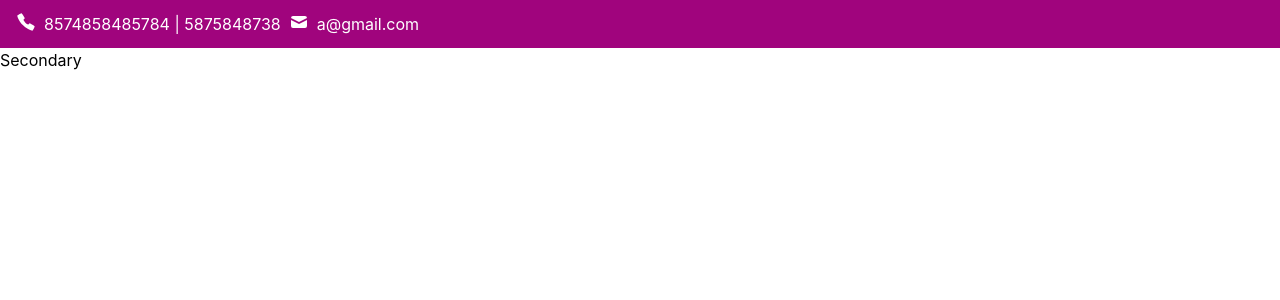
Repository: Sushant203/react-training-
Page: /
The author's editor kept a copy of each file at every save. The page is drawn from the files as they stood at one save, then again after the next save.
The browser window is 1280 px wide. The pictures show the whole page.
The project was rebuilt for these pictures with package versions that can differ from the ones it lists, and the page was loaded fresh each time. Also part of the build but not shown: src/App.css, src/components/LowerNav.jsx, src/components/UpperNav.jsx.

Above is the page before, as saved 2022-12-19 09:30:08.

After the next save:
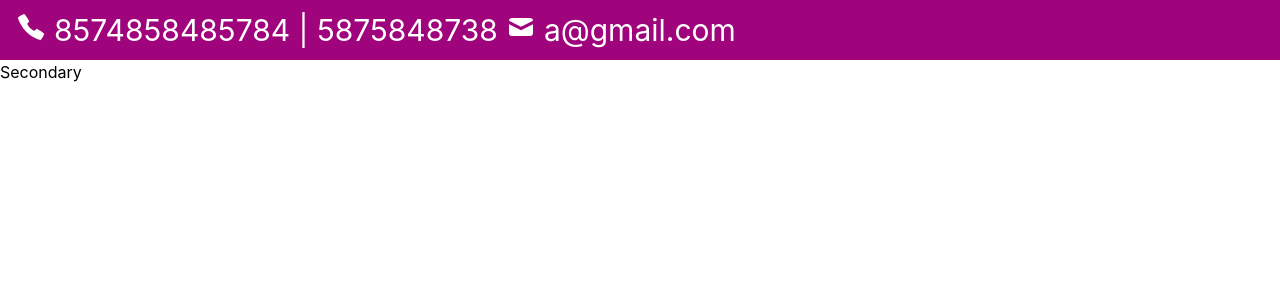
Saved 35 s later.
--- a/src/components/Naviagtion/Toolbar/header.jsx
+++ b/src/components/Naviagtion/Toolbar/header.jsx
@@ -4,13 +4,13 @@ import { HiMail } from "react-icons/hi";
 function Header() {
   return (
     <div className="py-3 px-4 bg-mainColor w-full flex items-center">
-      <div className="flex gap-2">
-        <div className="flex gap-2 text-white">
-          <IoCallSharp className="text-xl text-white" />
+      <div className="flex gap-2 text-3xl text-white">
+        <div className="flex gap-2 ">
+          <IoCallSharp />
           8574858485784 | 5875848738
         </div>
-        <div className="text-white flex gap-2">
-          <HiMail className="text-xl" />
+        <div className=" flex gap-2">
+          <HiMail />
           a@gmail.com
         </div>
       </div>
